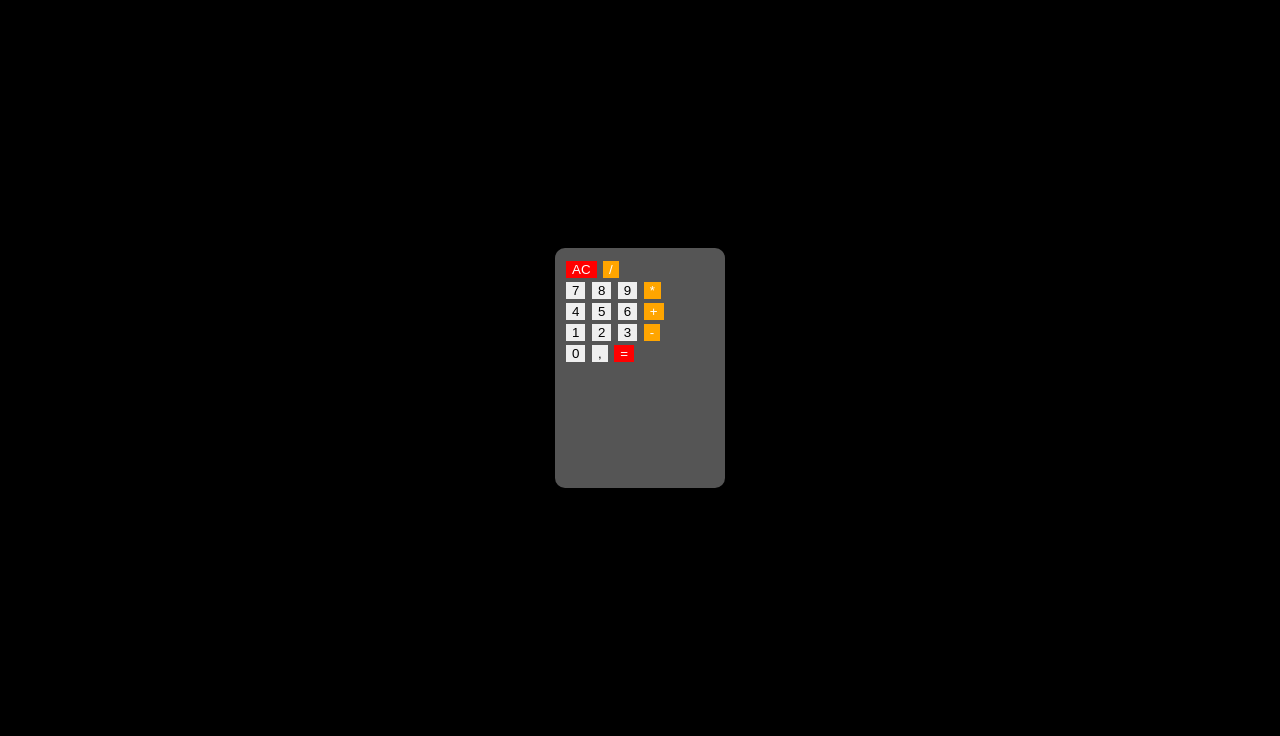
Repository: andersonxoliveira/Aplicacao_Calculadora
Page: /
These files come from the project's save history. The page is drawn as it stood at one moment and after the next save; the edit follows.
The browser window is 1280 px wide. The pictures show the whole page.
The project was rebuilt for these pictures with package versions that can differ from the ones it lists, and the page was loaded fresh each time. Also part of the build but not shown: svelte.config.js, vite.config.ts.

Above is the page before, as saved 2022-06-26 18:18:30.

### src/App.svelte
<script lang="ts">
import Calculadora from "./components/Calculadora.svelte";


</script>

<main>
        <Calculadora />
</main>

<style>
:global(body) {
  background-color: black;
}

  :root {
    --cor-fundo: #555 ;
    font-family: -apple-system, BlinkMacSystemFont, 'Segoe UI', Roboto, Oxygen,
      Ubuntu, Cantarell, 'Open Sans', 'Helvetica Neue', sans-serif;
  }

  main {
   display: flex;
   justify-content: center;
   align-items: center;
   height:  100vh;
  }

</style>

### src/components/Calculadora.svelte
<script lang="ts">
import Botao from "./Botao.svelte";
import Linha from "./Linha.svelte";

</script>
<div class="calculadora">
  <Linha >
    <Botao destaque triplo texto="AC"/>
    <Botao operacao texto="/"/>
</Linha>
  <Linha >
             <Botao texto="7"/>
             <Botao texto="8"/>
              <Botao texto="9"/>
              <Botao operacao texto="*"/>
      </Linha>
      <Linha >
        <Botao texto="4"/>
        <Botao texto="5"/>
         <Botao texto="6"/>
         <Botao operacao texto="+"/>
 </Linha>
 <Linha >
  <Botao texto="1"/>
  <Botao texto="2"/>
   <Botao texto="3"/>
   <Botao operacao texto="-"/>
</Linha>
<Linha >
  <Botao duplo texto="0"/>
  <Botao texto=","/>
   <Botao destaque texto="="/>
  </Linha>
</div>

<style>
      .calculadora {
        background-color: var(--cor-fundo);
        height:  220px;
        width:  150px;
        padding:  10px;
        border-radius:  10px;

        display: flex;
        flex-direction:  column;
      }
</style>

### src/components/Botao.svelte
<script lang="ts">
      export let texto: string
      export let triplo: boolean = false
      export let duplo: boolean = false
      export let operacao: boolean = false
      export let destaque: boolean = false
</script>

<button class= "botao"
class:triplo class:duplo class:operacao class:destaque>
{texto}
</button>

<style>
        .botao {
            margin:  0;
            border:  1px solid var(--cor-fundo);
              flex-basis:  25%;
        }

          .triplo {
            flex-basis:  75%;
          }

          .duplo {
            flex-basis:  50%;
          }

          .operacao {
           background-color: orange;
           color: white;
          }

          .destaque {
            background-color: red;
            color: white;
          }
</style>

### src/components/Linha.svelte
<div class="linha">
        <slot />
</div>

<style>
      .linha {
        display: felx;
      }
</style>

### src/components/Display.svelte
<script lang="ts">
      export let valor: string
</script>

<div class="tela">
        <span>{valor}</span>
</div>

<style>
  .tela {
    display: flex;
  }
</style>

Loaded but not shown: index.html (common file); src/main.ts (common file)

After the next save:
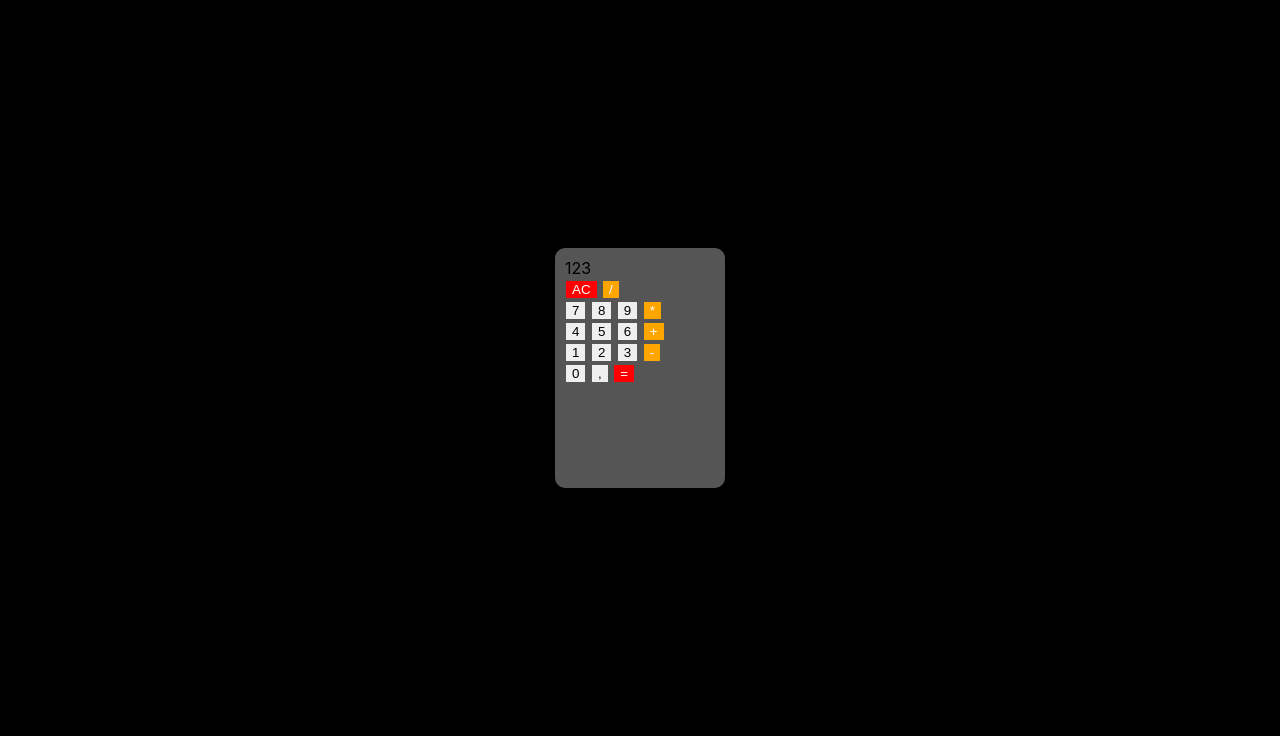
Saved 38 s later.
--- a/src/components/Calculadora.svelte
+++ b/src/components/Calculadora.svelte
@@ -1,9 +1,11 @@
 <script lang="ts">
 import Botao from "./Botao.svelte";
+import Display from "./Display.svelte";
 import Linha from "./Linha.svelte";
 
 </script>
 <div class="calculadora">
+ <Display valor="123"/>
   <Linha >
     <Botao destaque triplo texto="AC"/>
     <Botao operacao texto="/"/>
